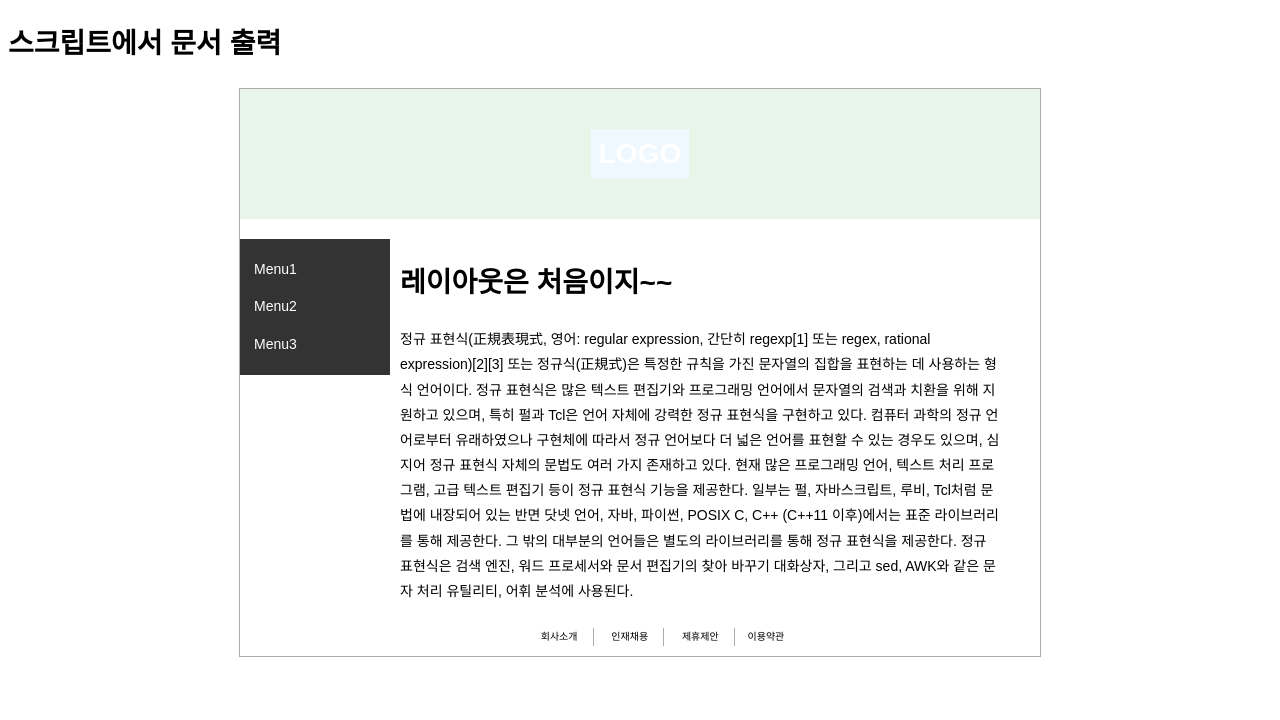
Repository: hsaar/jsworkplace
Page: http://localhost/testjsp/jsp/login.jsp
These files come from the project's save history. The page is drawn as it stood at one moment and after the next save; the edit follows.
The browser window is 1280 px wide. The pictures show the whole page.
The page is served by Tomcat 9.

Above is the page before, as saved 2025-08-21 01:51:25.

After the next save:
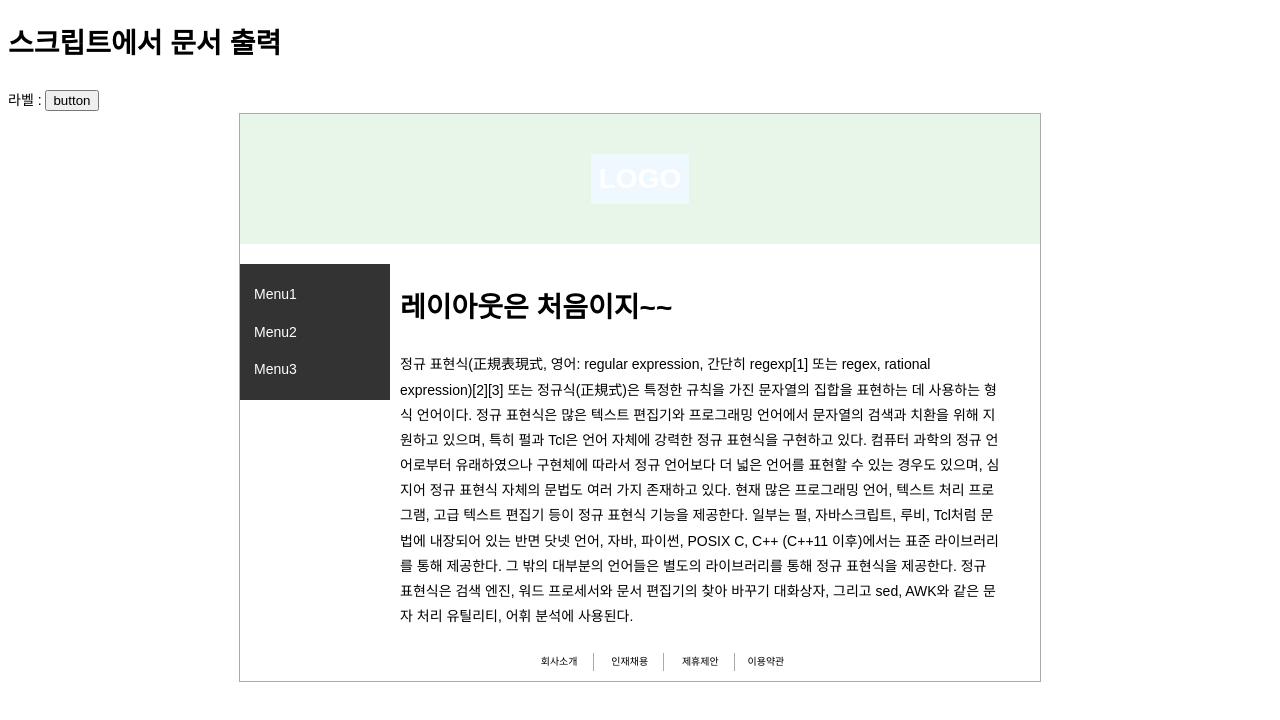
Saved 86 s later.
--- a/testjsp/src/main/webapp/jsp/login.jsp
+++ b/testjsp/src/main/webapp/jsp/login.jsp
@@ -98,6 +98,12 @@
 </script>
 </head>
 <body>
+<div>
+	라벨 : <input type="button" name="t" value="button">
+
+</div>
+
+
 	<!-- flame start -->
 	<div class="frame">
 		<div class="header">
